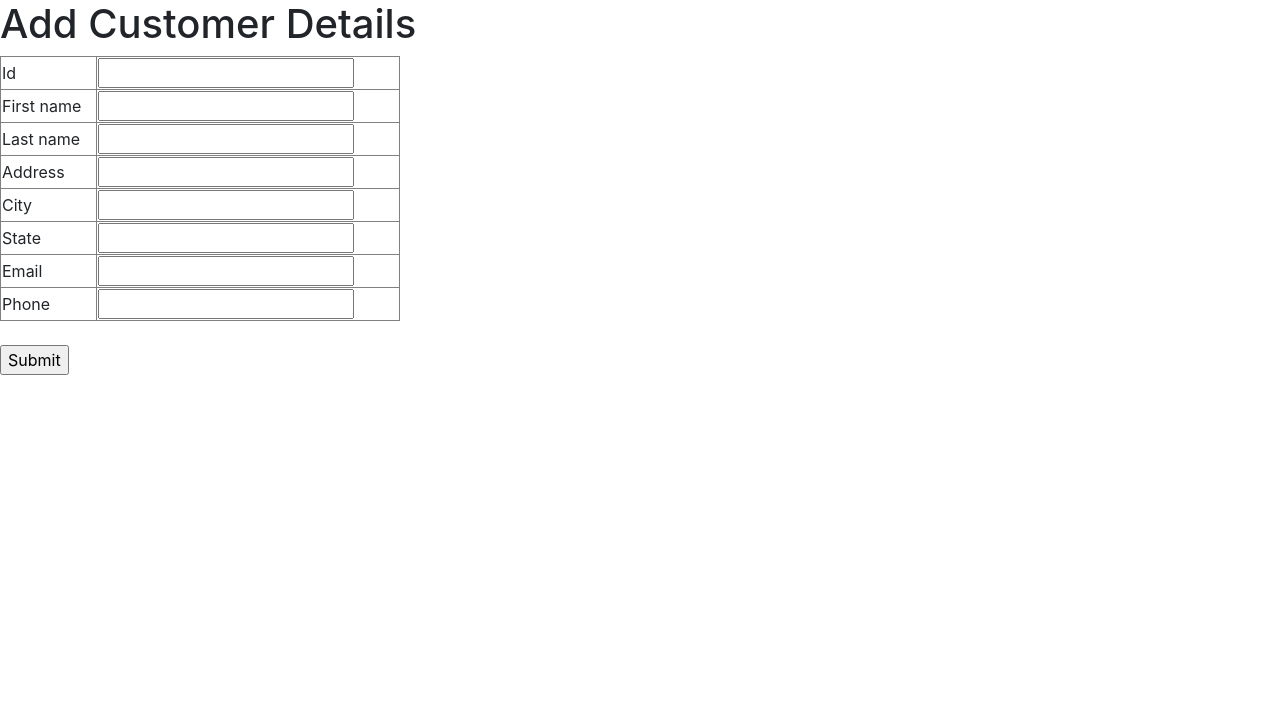
Repository: Shamanth-S/Customer-management
Page: User Management/src/main/webapp/add.html
An editor plug-in stored every save of this project. The page is shown before and after the next save, followed by the edit.
The browser window is 1280 px wide. The pictures show the whole page.

Above is the page before, as saved 2023-09-07 09:23:40.

### User Management/src/main/webapp/add.html
<!DOCTYPE html>
<html>
<head>
<meta charset="UTF-8">
<title>Add Customer</title>
    <link rel="stylesheet" href="https://maxcdn.bootstrapcdn.com/bootstrap/4.5.2/css/bootstrap.min.css">
</head>
<body>
	<h1>Add Customer Details</h1>
	<form method = "POST" action = "Customer">
		<table width = "400px" border = "1">

			<tr>
				<td>Id</td>
				<td><input type = "text" name = "id" id = "id" required></td>
			</tr>

			<tr>
				<td>First name</td>
				<td><input type = "text" name = "firstname" id = "firstname" required></td>
			</tr>

			<tr>
				<td>Last name</td>
				<td><input type = "text" name = "lastname" id = "lastname" required></td>
			</tr>

			<tr>
				<td>Address</td>
				<td><input type = "text" name = "address" id = "address"></td>
			</tr>

			<tr>
				<td>City</td>
				<td><input type = "text" name = "city" id = "city"></td>
			</tr>

			<tr>
				<td>State</td>
				<td><input type = "text" name = "state" id = "state"></td>
			</tr>

			<tr>
				<td>Email</td>
				<td><input type = "text" name = "email" id = "email"></td>
			</tr>

			<tr>
				<td>Phone</td>
				<td><input type = "text" name = "phone" id = "phone"></td>
			</tr>
		</table><br>
		<input type = "submit" value = "Submit">
	</form>
</body>
</html>

After the next save:
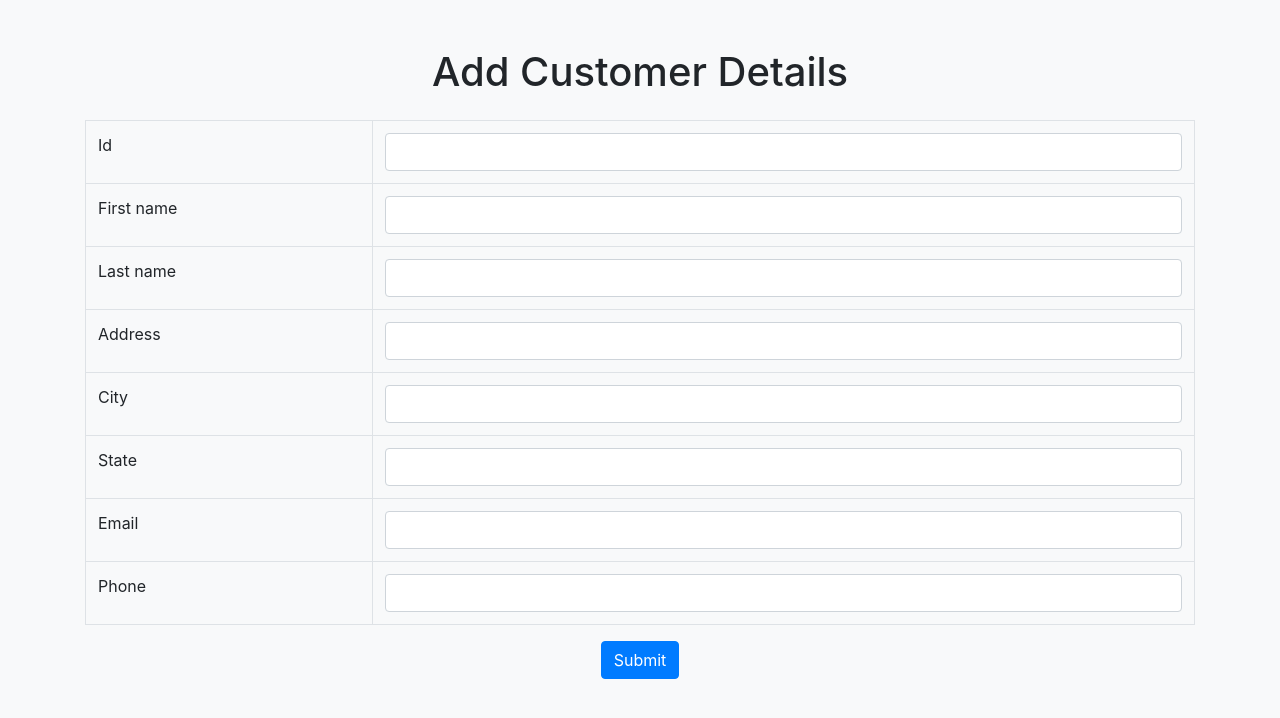
Saved 58 s later.
--- a/User Management/src/main/webapp/add.html
+++ b/User Management/src/main/webapp/add.html
@@ -3,54 +3,57 @@
 <head>
 <meta charset="UTF-8">
 <title>Add Customer</title>
-    <link rel="stylesheet" href="https://maxcdn.bootstrapcdn.com/bootstrap/4.5.2/css/bootstrap.min.css">
+<link rel="stylesheet" href="https://maxcdn.bootstrapcdn.com/bootstrap/4.5.2/css/bootstrap.min.css">
 </head>
-<body>
-	<h1>Add Customer Details</h1>
-	<form method = "POST" action = "Customer">
-		<table width = "400px" border = "1">
+<body class="bg-light">
+    <div class="container mt-5">
+        <h1 class="text-center mb-4">Add Customer Details</h1>
+        <form method="POST" action="Customer">
+            <table class="table table-bordered">
+                <tr>
+                    <td>Id</td>
+                    <td><input type="text" class="form-control" name="id" id="id" required></td>
+                </tr>
 
-			<tr>
-				<td>Id</td>
-				<td><input type = "text" name = "id" id = "id" required></td>
-			</tr>
+                <tr>
+                    <td>First name</td>
+                    <td><input type="text" class="form-control" name="firstname" id="firstname" required></td>
+                </tr>
 
-			<tr>
-				<td>First name</td>
-				<td><input type = "text" name = "firstname" id = "firstname" required></td>
-			</tr>
+                <tr>
+                    <td>Last name</td>
+                    <td><input type="text" class="form-control" name="lastname" id="lastname" required></td>
+                </tr>
 
-			<tr>
-				<td>Last name</td>
-				<td><input type = "text" name = "lastname" id = "lastname" required></td>
-			</tr>
+                <tr>
+                    <td>Address</td>
+                    <td><input type="text" class="form-control" name="address" id="address"></td>
+                </tr>
 
-			<tr>
-				<td>Address</td>
-				<td><input type = "text" name = "address" id = "address"></td>
-			</tr>
+                <tr>
+                    <td>City</td>
+                    <td><input type="text" class="form-control" name="city" id="city"></td>
+                </tr>
 
-			<tr>
-				<td>City</td>
-				<td><input type = "text" name = "city" id = "city"></td>
-			</tr>
+                <tr>
+                    <td>State</td>
+                    <td><input type="text" class="form-control" name="state" id="state"></td>
+                </tr>
 
-			<tr>
-				<td>State</td>
-				<td><input type = "text" name = "state" id = "state"></td>
-			</tr>
+                <tr>
+                    <td>Email</td>
+                    <td><input type="text" class="form-control" name="email" id="email"></td>
+                </tr>
 
-			<tr>
-				<td>Email</td>
-				<td><input type = "text" name = "email" id = "email"></td>
-			</tr>
-
-			<tr>
-				<td>Phone</td>
-				<td><input type = "text" name = "phone" id = "phone"></td>
-			</tr>
-		</table><br>
-		<input type = "submit" value = "Submit">
-	</form>
+                <tr>
+                    <td>Phone</td>
+                    <td><input type="text" class="form-control" name="phone" id="phone"></td>
+                </tr>
+            </table>
+            <div class="text-center">
+                <input type="submit" class="btn btn-primary" value="Submit">
+            </div>
+        </form>
+    </div>
 </body>
 </html>
